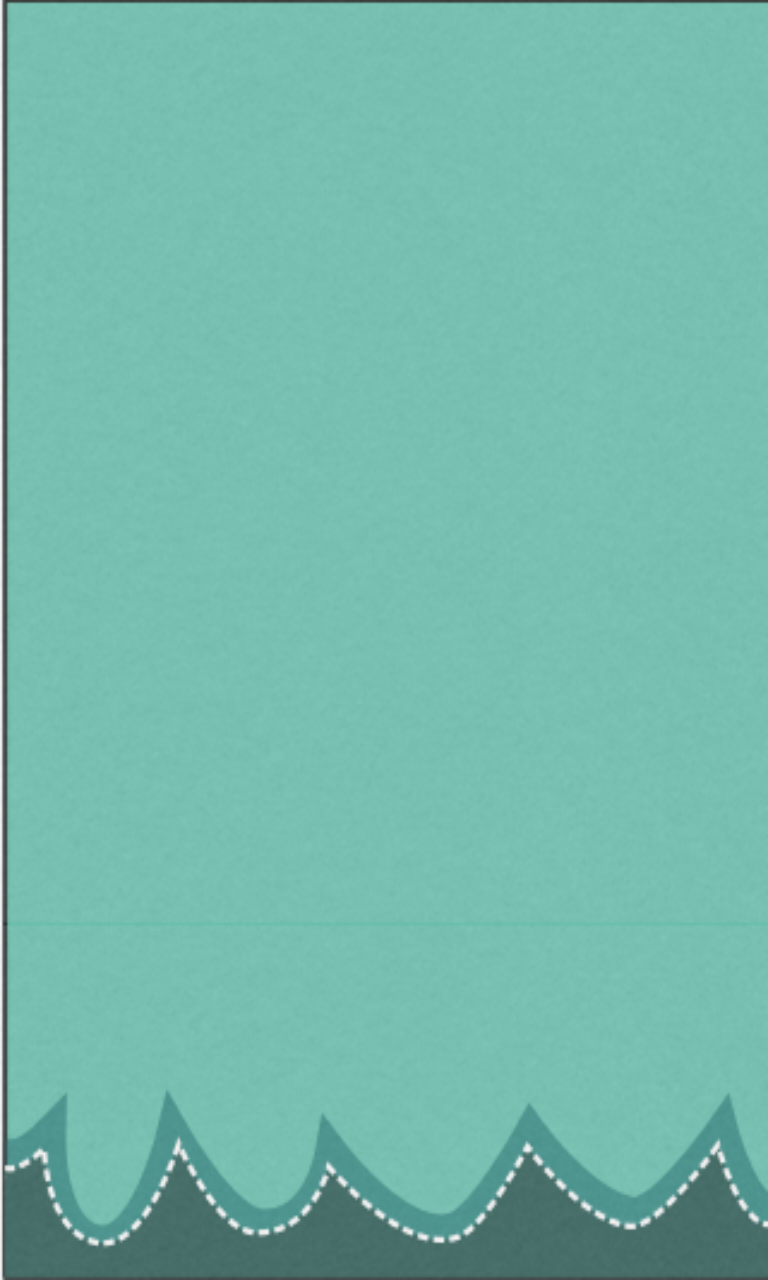
Repository: mpdehnel/seg
Layout: VectorOne/res/layout/activity_keepopen_game.xml
The author's editor kept a copy of each file at every save. The layout is drawn from the files as they stood at one save, then again after the next save.
It is drawn on a 768 x 1280 px phone screen (xhdpi) without system bars, with theme AppTheme; the app's code is not run.

Above is the layout before, as saved 2013-03-13 19:14:26.

### VectorOne/res/layout/activity_keepopen_game.xml
<?xml version="1.0" encoding="utf-8"?>
<RelativeLayout xmlns:android="http://schemas.android.com/apk/res/android"
    android:layout_width="fill_parent"
    android:layout_height="fill_parent"
    android:background="@drawable/background" >

    <LinearLayout android:orientation="horizontal" >

        <LinearLayout
            android:layout_width="80dp"
            android:layout_height="match_parent"
            android:orientation="vertical" >

            <CheckBox
                android:id="@+id/light1"
                android:layout_width="match_parent"
                android:layout_height="wrap_content"
                android:text="@string/leer" />

            <CheckBox
                android:id="@+id/light2"
                android:layout_width="match_parent"
                android:layout_height="wrap_content"
                android:text="@string/leer" />

            <CheckBox
                android:id="@+id/light3"
                android:layout_width="match_parent"
                android:layout_height="wrap_content"
                android:text="@string/leer" />

            <CheckBox
                android:id="@+id/light4"
                android:layout_width="match_parent"
                android:layout_height="wrap_content"
                android:text="@string/leer" />

            <CheckBox
                android:id="@+id/light13"
                android:layout_width="match_parent"
                android:layout_height="wrap_content"
                android:text="@string/leer" />

            <CheckBox
                android:id="@+id/light14"
                android:layout_width="match_parent"
                android:layout_height="wrap_content"
                android:text="@string/leer" />

            <TextView
                android:id="@+id/time"
                android:layout_width="240dp"
                android:layout_height="wrap_content"
                android:text="TextView" />
        </LinearLayout>

        <LinearLayout
            android:layout_width="80dp"
            android:layout_height="match_parent"
            android:orientation="vertical" >

            <CheckBox
                android:id="@+id/light5"
                android:layout_width="match_parent"
                android:layout_height="wrap_content"
                android:text="@string/leer" />

            <CheckBox
                android:id="@+id/light6"
                android:layout_width="match_parent"
                android:layout_height="wrap_content"
                android:text="@string/leer" />

            <CheckBox
                android:id="@+id/light7"
                android:layout_width="match_parent"
                android:layout_height="wrap_content"
                android:text="@string/leer" />

            <CheckBox
                android:id="@+id/light8"
                android:layout_width="match_parent"
                android:layout_height="wrap_content"
                android:text="@string/leer" />

            <CheckBox
                android:id="@+id/light15"
                android:layout_width="match_parent"
                android:layout_height="wrap_content"
                android:text="@string/leer" />

            <CheckBox
                android:id="@+id/light16"
                android:layout_width="match_parent"
                android:layout_height="wrap_content"
                android:text="@string/leer" />
        </LinearLayout>

        <LinearLayout
            android:layout_width="80dp"
            android:layout_height="match_parent"
            android:orientation="vertical" >

            <CheckBox
                android:id="@+id/light9"
                android:layout_width="match_parent"
                android:layout_height="wrap_content"
                android:text="@string/leer" />

            <CheckBox
                android:id="@+id/light10"
                android:layout_width="match_parent"
                android:layout_height="wrap_content"
                android:text="@string/leer" />

            <CheckBox
                android:id="@+id/light11"
                android:layout_width="match_parent"
                android:layout_height="wrap_content"
                android:text="@string/leer" />

            <CheckBox
                android:id="@+id/light12"
                android:layout_width="match_parent"
                android:layout_height="wrap_content"
                android:text="@string/leer" />

            <CheckBox
                android:id="@+id/light17"
                android:layout_width="match_parent"
                android:layout_height="wrap_content"
                android:text="@string/leer" />

            <CheckBox
                android:id="@+id/light18"
                android:layout_width="match_parent"
                android:layout_height="wrap_content"
                android:text="@string/leer" />
        </LinearLayout>

        <LinearLayout
            android:layout_width="80dp"
            android:layout_height="match_parent"
            android:orientation="vertical" >

            <CheckBox
                android:id="@+id/light19"
                android:layout_width="match_parent"
                android:layout_height="wrap_content"
                android:text="@string/leer" />

            <CheckBox
                android:id="@+id/light20"
                android:layout_width="match_parent"
                android:layout_height="wrap_content"
                android:text="@string/leer" />

            <CheckBox
                android:id="@+id/light21"
                android:layout_width="match_parent"
                android:layout_height="wrap_content"
                android:text="@string/leer" />

            <CheckBox
                android:id="@+id/light22"
                android:layout_width="match_parent"
                android:layout_height="wrap_content"
                android:text="@string/leer" />

            <CheckBox
                android:id="@+id/light23"
                android:layout_width="match_parent"
                android:layout_height="wrap_content"
                android:text="@string/leer" />

            <CheckBox
                android:id="@+id/light24"
                android:layout_width="match_parent"
                android:layout_height="wrap_content"
                android:text="@string/leer" />
        </LinearLayout>
    </LinearLayout>

</RelativeLayout>

### VectorOne/res/values/strings.xml
<resources>

    <string name="app_name">CacheCaptains</string>
    <string name="username">Username</string>
    <string name="button_maps">View</string>
    <string name="button_settings">Settings</string>
    <string name="button_user">Me</string>
    <string name="button_cachselect">Caches</string>
    <string name="button_login">LogIn</string>
    <string name="button_clear">Clear</string>
    <string name="button_registration">Register</string>
    <string name="lable_username">username:</string>
    <string name="lable_password">password:</string>
    <string name="question">Help</string>

    <string-array name="Cachs">
        <item>Yes</item>
        <item>No</item>
        <item>All</item>
    </string-array>
    <string-array name="Team">
        <item>My</item>
        <item>NotMine</item>
        <item>All</item>
    </string-array>
    <string-array name="Distance">
        <item>500</item>
        <item>1000</item>
        <item>2000</item>
        <item>5000</item>
        <item>10000</item>
        <item>All</item>
    </string-array>
    <string-array name="Unit">
        <item>m-km</item>
        <item>ft-mile</item>
    </string-array>
       <string-array name="sort">
        <item>name</item>
        <item>distance</item>
    </string-array>

    <string name="leer"></string>

    <string name="addnewCachebutton">AddNewCache</string>

</resources>

Loaded but not shown: VectorOne/res/values/styles.xml (common file); VectorOne/res/values-v11/styles.xml (common file); VectorOne/res/values-v14/styles.xml (common file)

After the next save:
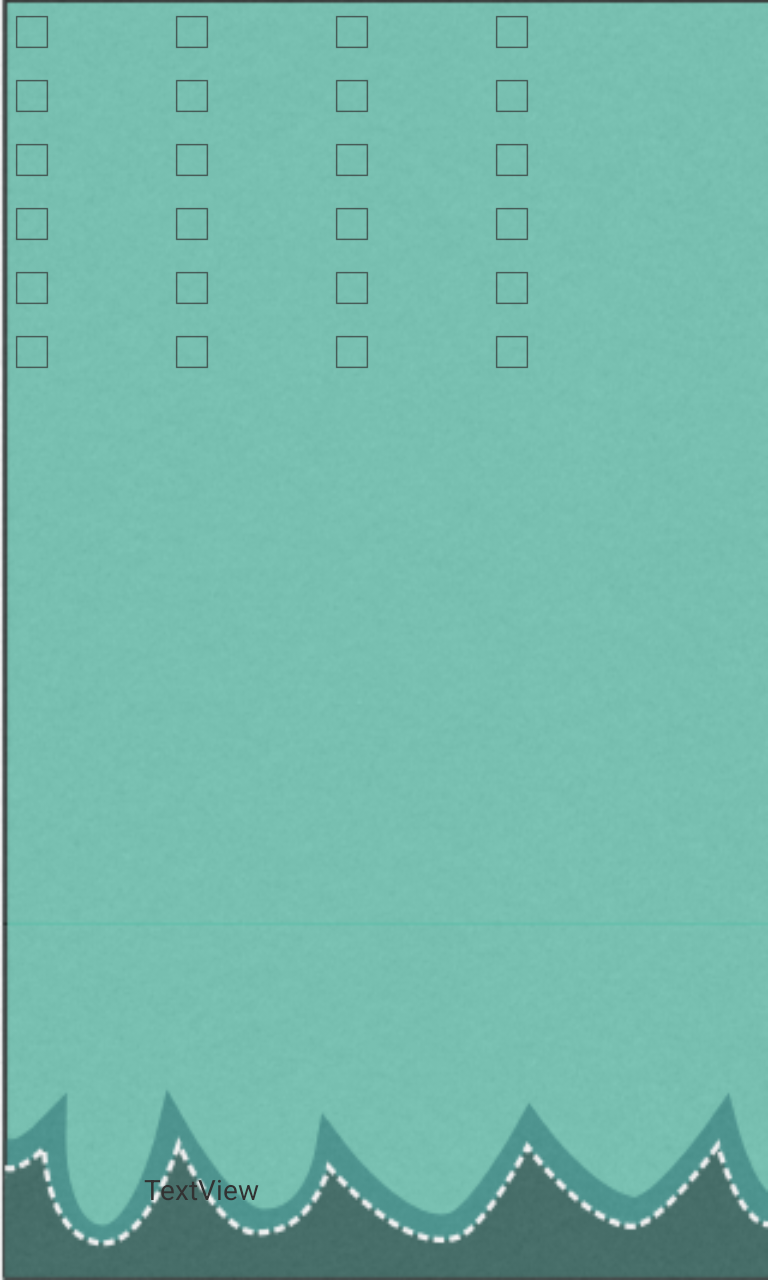
Saved 47 s later.
--- a/VectorOne/res/layout/activity_keepopen_game.xml
+++ b/VectorOne/res/layout/activity_keepopen_game.xml
@@ -4,7 +4,10 @@
     android:layout_height="fill_parent"
     android:background="@drawable/background" >
 
-    <LinearLayout android:orientation="horizontal" >
+    <LinearLayout
+        android:layout_width="wrap_content"
+        android:layout_height="wrap_content"
+        android:orientation="horizontal" >
 
         <LinearLayout
             android:layout_width="80dp"
@@ -46,12 +49,6 @@
                 android:layout_width="match_parent"
                 android:layout_height="wrap_content"
                 android:text="@string/leer" />
-
-            <TextView
-                android:id="@+id/time"
-                android:layout_width="240dp"
-                android:layout_height="wrap_content"
-                android:text="TextView" />
         </LinearLayout>
 
         <LinearLayout
@@ -181,4 +178,13 @@
         </LinearLayout>
     </LinearLayout>
 
+    <TextView
+        android:id="@+id/time"
+        android:layout_width="240dp"
+        android:layout_height="wrap_content"
+        android:layout_alignParentBottom="true"
+        android:layout_centerHorizontal="true"
+        android:layout_marginBottom="36dp"
+        android:text="TextView" />
+
 </RelativeLayout>
